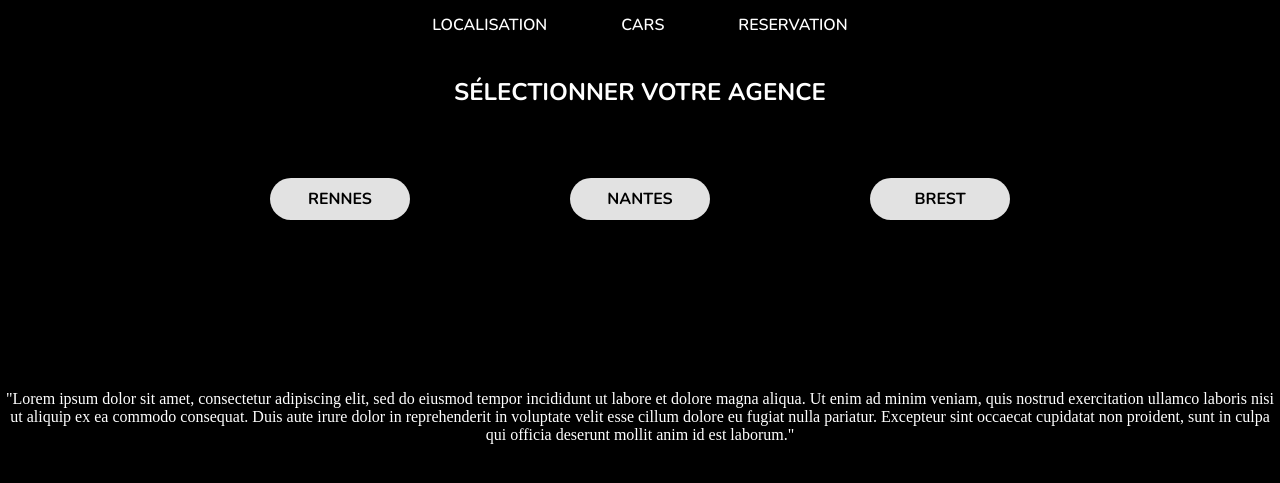
Repository: romgrm/jenaipasdevoiture
Page: src/main/java/fr/romgrm/index.html
These files come from the project's save history. The page is drawn as it stood at one moment and after the next save; the edit follows.
The browser window is 1280 px wide. The pictures show the whole page.
An inner scrolling area shows only its first screen.

Above is the page before, as saved 2020-10-15 21:37:55.

### src/main/java/fr/romgrm/index.html
<!DOCTYPE html>
<html lang="fr">
    <head>
        <title>JENAIPASDARGENT</title>
        <link rel="stylesheet" href="style.css" type="text/css"/>
        <link href="https://fonts.googleapis.com/css2?family=Nunito:ital,wght@0,600;0,700;0,800;1,200;1,300&display=swap" rel="stylesheet">
    </head>
    <body>

        <div class="container">

            <nav class="navbar">
                <ul>
                    <li><a href="#LOCALISATION">LOCALISATION</a></li>
                    <li><a href="#SELECTCAR">CARS</a></li>
                    <li><a href="#RECAPITULATE">RESERVATION</a></li>
                </ul>
            </nav>


            <Section id="LOCALISATION">
                 <h2>SÉLECTIONNER VOTRE AGENCE</h2>
                 <ul>
                     <li class="agence"><a id="text">RENNES</a></li>
                     <li class="agence"><a>NANTES</a></li>
                     <li class="agence"><a>BREST</a></li>
                 </ul>
                 <p>"Lorem ipsum dolor sit amet, consectetur adipiscing elit, sed do eiusmod tempor incididunt ut labore et dolore magna aliqua. Ut enim ad minim veniam, quis nostrud exercitation ullamco laboris nisi ut aliquip ex ea commodo consequat. Duis aute irure dolor in reprehenderit in voluptate velit esse cillum dolore eu fugiat nulla pariatur. Excepteur sint occaecat cupidatat non proident, sunt in culpa qui officia deserunt mollit anim id est laborum."</p>
            </Section>




            <Section id="SELECTCAR">
                <h2>CARS</h2>
                <p>"Lorem ipsum dolor sit amet, consectetur adipiscing elit, sed do eiusmod tempor incididunt ut labore et dolore magna aliqua. Ut enim ad minim veniam, quis nostrud exercitation ullamco laboris nisi ut aliquip ex ea commodo consequat. Duis aute irure dolor in reprehenderit in voluptate velit esse cillum dolore eu fugiat nulla pariatur. Excepteur sint occaecat cupidatat non proident, sunt in culpa qui officia deserunt mollit anim id est laborum."</p>
            </Section>




            <Section id="RECAPITULATE">
                <h2>SHOP</h2>
                <p>"Lorem ipsum dolor sit amet, consectetur adipiscing elit, sed do eiusmod tempor incididunt ut labore et dolore magna aliqua. Ut enim ad minim veniam, quis nostrud exercitation ullamco laboris nisi ut aliquip ex ea commodo consequat. Duis aute irure dolor in reprehenderit in voluptate velit esse cillum dolore eu fugiat nulla pariatur. Excepteur sint occaecat cupidatat non proident, sunt in culpa qui officia deserunt mollit anim id est laborum."</p>
            </Section>



        </div>
    </body>
</html>

### src/main/java/fr/romgrm/style.css
*{
    margin: 0;
    padding: 0;
}


body{
  color: white;
  /* desactiver le scroll dans le body (pas oublier
  de lui donner une taille sinon ça marche pas*/
  height: 100vh;
  overflow: hidden;

}

.container{
    height: 100%;
    width: 100%;
    /*SCROLL SMOOTH*/
    overflow-y: scroll;
    scroll-behavior: smooth;
    scroll-snap-type: y mandatory;
}

.navbar{
   /* background-color: rgba(0, 0, 0, 0.5); */
    position: fixed;
    top: 0;
    z-index: 1;
    display: flex;
    width: 100%;
    height: 50px;
    font-family: 'Nunito', sans-serif;
    font-weight: 900 bold ;
}

.navbar ul{
    display: flex;
    list-style-type: none;
    width: 100%;
    justify-content: center;
    align-items: center;
    gap: 10px;
}

.navbar ul li{
    margin: 0 1rem;
    padding: 1rem;

}

.navbar ul li a{
    color: white;
    text-decoration: none;
    transition: all .5s;
    -moz-transition: all .5s;
    -webkit-transition: all .5s;
    -o-transition: all .5s;
    -ms-transition: all .5s;

}

.navbar ul li a:hover{
    transform : scale(5);
 -moz-transform : scale(1.25);
 -webkit-transform : scale(1.25);
 -o-transform : scale(1.25);
 -ms-transform : scale(1.25);
    /*color: rgb(105, 105, 105); */
}




Section{
    display: flex;
    flex-direction: column;
    width: 100%;
    height: 100vh; /* vh = Viewport Height : permet de dimensioner par rapport à la taille de l'écran*/
    text-align: center;
    justify-content: center;
    align-items: center;
    /*SCROLL SNAP ALIGN*/
    scroll-snap-align: center;

}


/*////////////////////////////////////////////////////////////////////////////////////////////////////////////*/



#LOCALISATION{
    background-color: black;
    margin: 0;
    padding: 0;
    /*background: url('https://source.unsplash.com/K2tdx2mFDHc/1600x900') no-repeat center center/cover;;*/
}

#LOCALISATION h2{
    position: relative;
    bottom: 200px;
    font-family: 'Nunito', sans-serif;
    font-weight: 800 bold ;

}

#LOCALISATION ul{
    position: relative;
    bottom: 150px;
    display: flex;
    width: 100%;
    align-items: center;
    justify-content: center;
}

#LOCALISATION ul li{
    margin: 20px 80px 20px 80px;
    list-style-type: none;

}

#LOCALISATION ul li a{
    font-family: 'Nunito', sans-serif;
    font-weight: 700;
    color: black;
}

li:hover .agence{
    background-color: rgb(80, 133, 163);
}

li:hover #text{
    color: white;
}

.agence{
    background-color: rgb(226, 226, 226);
    padding: 10px 20px;
    width: 100px;
    border-radius: 50px;
    text-align: center;
    align-items: center;
    justify-content: center;

}

#LOCALISATION p{

}


/*////////////////////////////////////////////////////////////////////////////////////////////////////////////*/



#SELECTCAR{
    background-color: red;
}

#SELECTCAR h2{

}

#SELECTCAR p{

}


/*////////////////////////////////////////////////////////////////////////////////////////////////////////////*/


#RECAPITULATE{
    background-color: blue;
}

#RECAPITULATE h2{

}

#RECAPITULATE p{

}

After the next save:
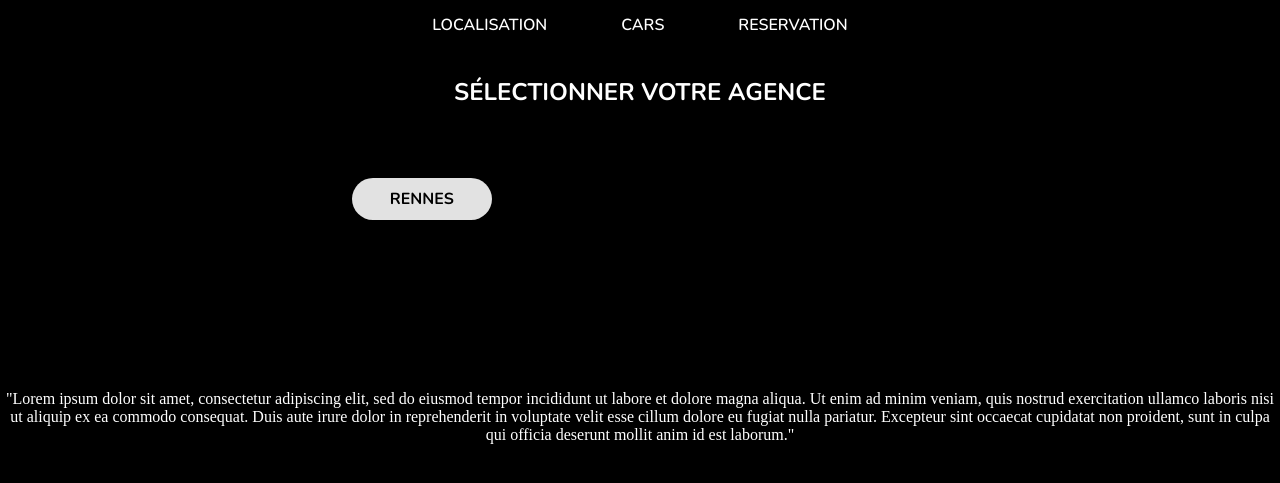
Saved 52 s later.
--- a/src/main/java/fr/romgrm/index.html
+++ b/src/main/java/fr/romgrm/index.html
@@ -22,8 +22,8 @@
                  <h2>SÉLECTIONNER VOTRE AGENCE</h2>
                  <ul>
                      <li class="agence"><a id="text">RENNES</a></li>
-                     <li class="agence"><a>NANTES</a></li>
-                     <li class="agence"><a>BREST</a></li>
+                     <li><a>NANTES</a></li>
+                     <li><a>BREST</a></li>
                  </ul>
                  <p>"Lorem ipsum dolor sit amet, consectetur adipiscing elit, sed do eiusmod tempor incididunt ut labore et dolore magna aliqua. Ut enim ad minim veniam, quis nostrud exercitation ullamco laboris nisi ut aliquip ex ea commodo consequat. Duis aute irure dolor in reprehenderit in voluptate velit esse cillum dolore eu fugiat nulla pariatur. Excepteur sint occaecat cupidatat non proident, sunt in culpa qui officia deserunt mollit anim id est laborum."</p>
             </Section>

After the save that followed:
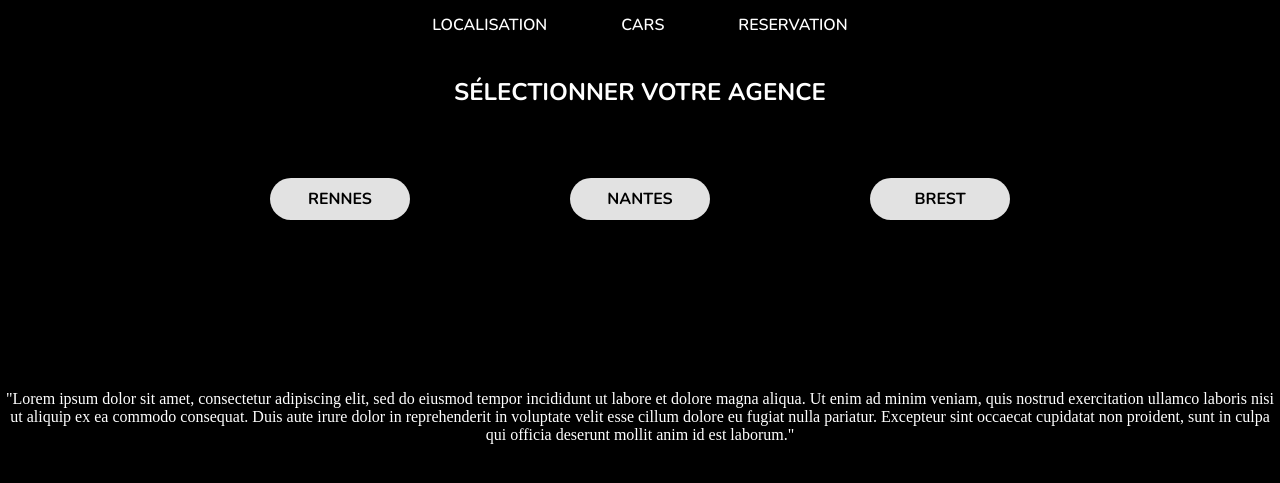
Saved 19 s later.
--- a/src/main/java/fr/romgrm/index.html
+++ b/src/main/java/fr/romgrm/index.html
@@ -22,8 +22,8 @@
                  <h2>SÉLECTIONNER VOTRE AGENCE</h2>
                  <ul>
                      <li class="agence"><a id="text">RENNES</a></li>
-                     <li><a>NANTES</a></li>
-                     <li><a>BREST</a></li>
+                     <li class="agence"><a>NANTES</a></li>
+                     <li class="agence"><a>BREST</a></li>
                  </ul>
                  <p>"Lorem ipsum dolor sit amet, consectetur adipiscing elit, sed do eiusmod tempor incididunt ut labore et dolore magna aliqua. Ut enim ad minim veniam, quis nostrud exercitation ullamco laboris nisi ut aliquip ex ea commodo consequat. Duis aute irure dolor in reprehenderit in voluptate velit esse cillum dolore eu fugiat nulla pariatur. Excepteur sint occaecat cupidatat non proident, sunt in culpa qui officia deserunt mollit anim id est laborum."</p>
             </Section>
